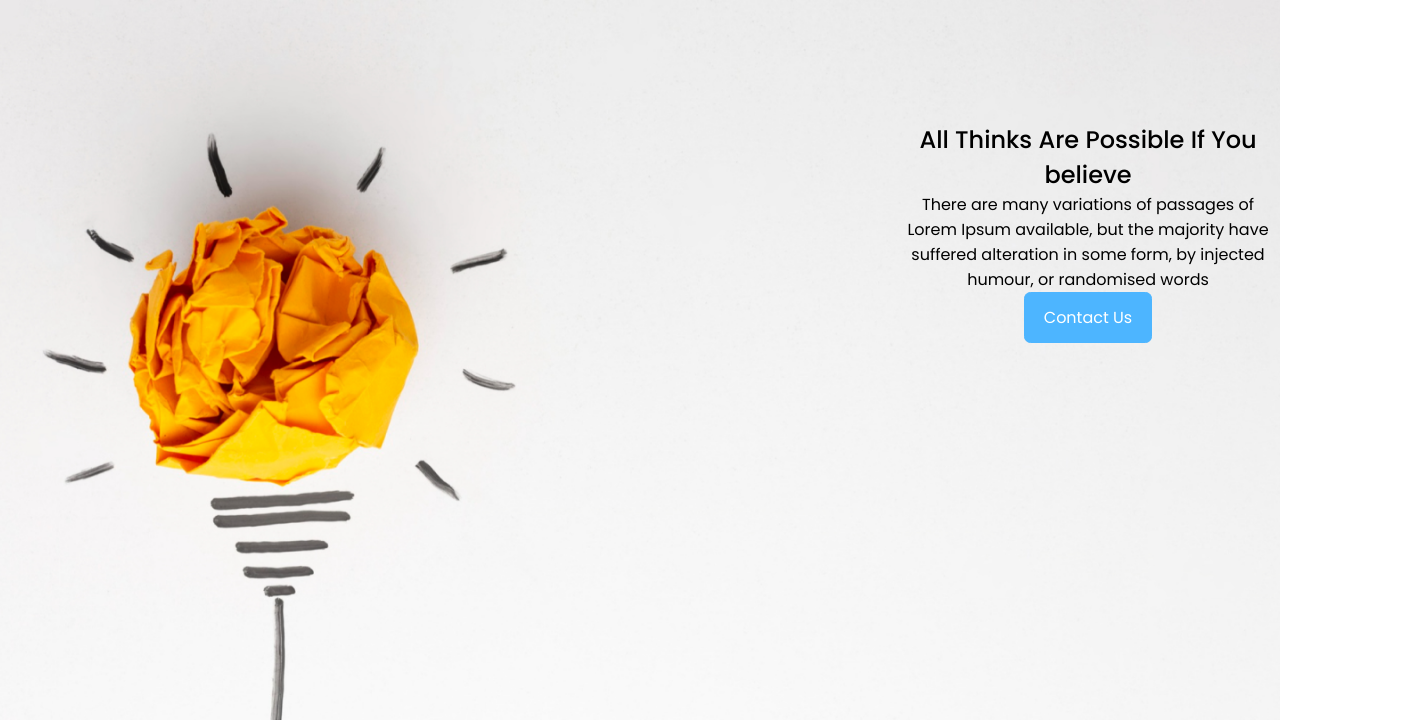
Repository: mdrubel02/new-year-new-mission
Page: index.html
The author's editor kept a copy of each file at every save. The page is drawn from the files as they stood at one save, then again after the next save.
The browser window is 1280 px wide. The page is 1280 px wide, then 1408 px, so the pictures cover 1408 px, including what lies to the right of the window. The pictures show the whole page.

Above is the page before, as saved 2023-01-06 22:20:56.

After the next save:
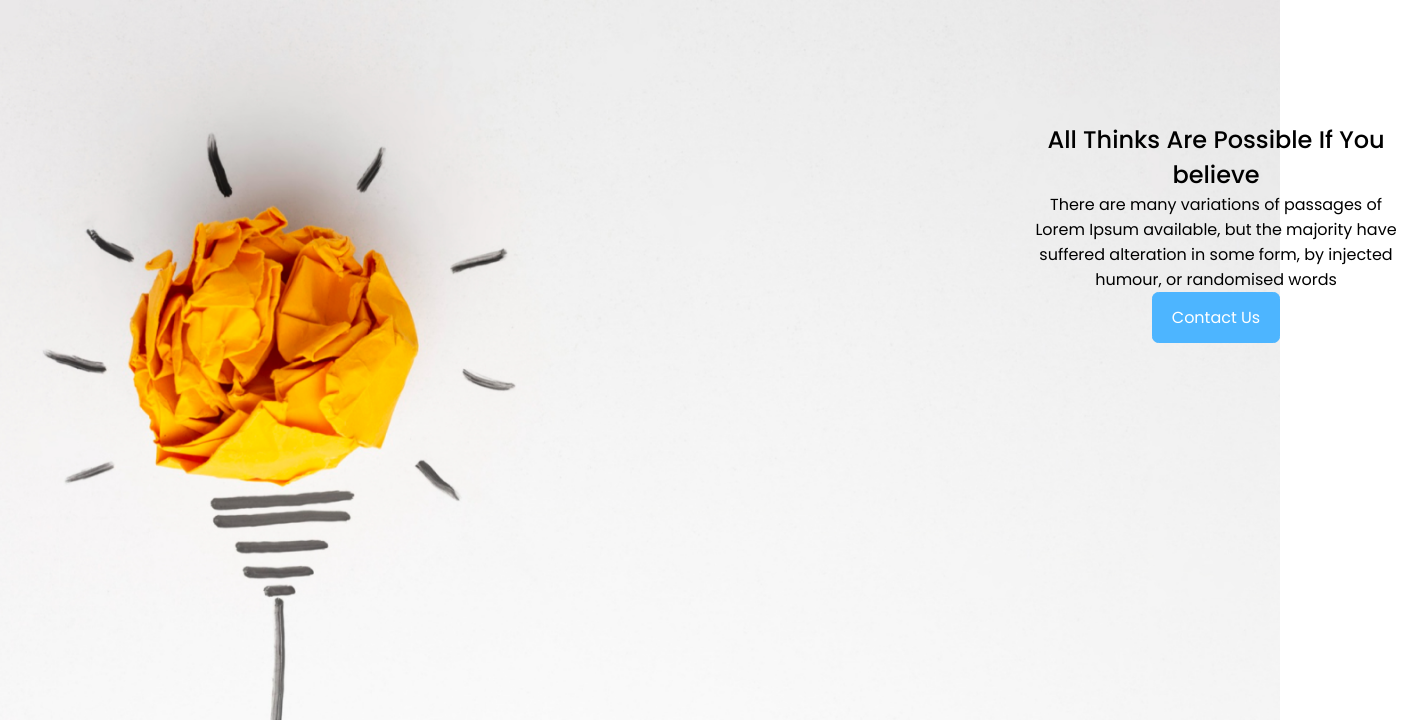
Saved 26 s later.
--- a/index.css
+++ b/index.css
@@ -82,4 +82,5 @@ a:hover {
     width: 30%;
    margin-top: -20%;
    position: absolute;
+   right: -10%;
 }
